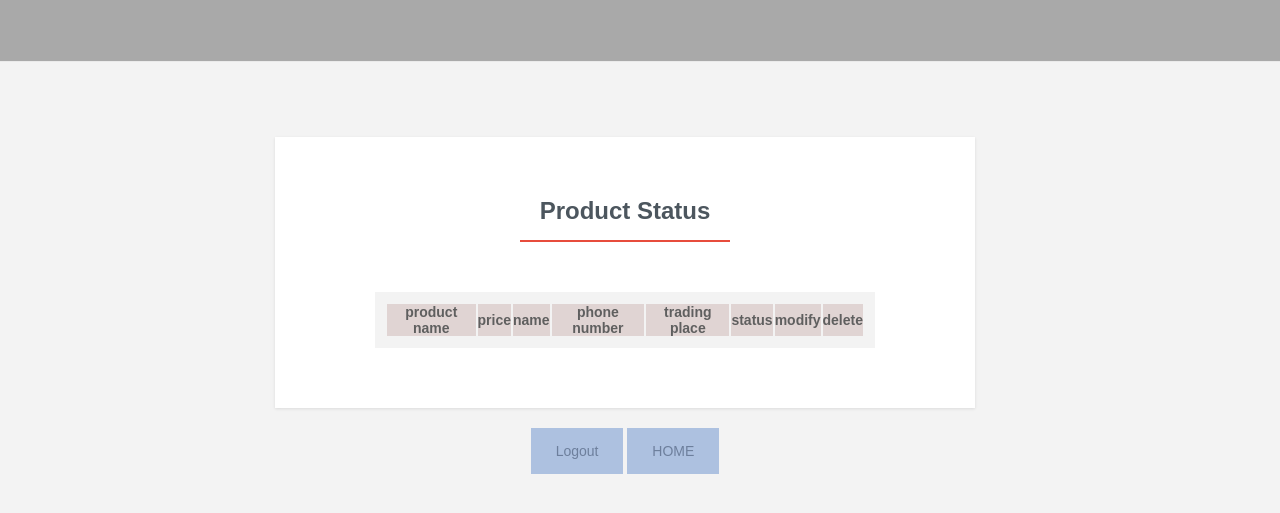
Repository: 0suh/SKKU_Web_project
Page: http://localhost/2018312257_YoungSuhChin_project/productstatus.jsp
An editor plug-in stored every save of this project. The page is shown before and after the next save, followed by the edit.
The browser window is 1280 px wide. The pictures show the whole page.
The page is served by Tomcat 9. Queries for data that is not in the repository find no rows.

Above is the page before, as saved 2020-12-20 14:54:53.

After the next save:
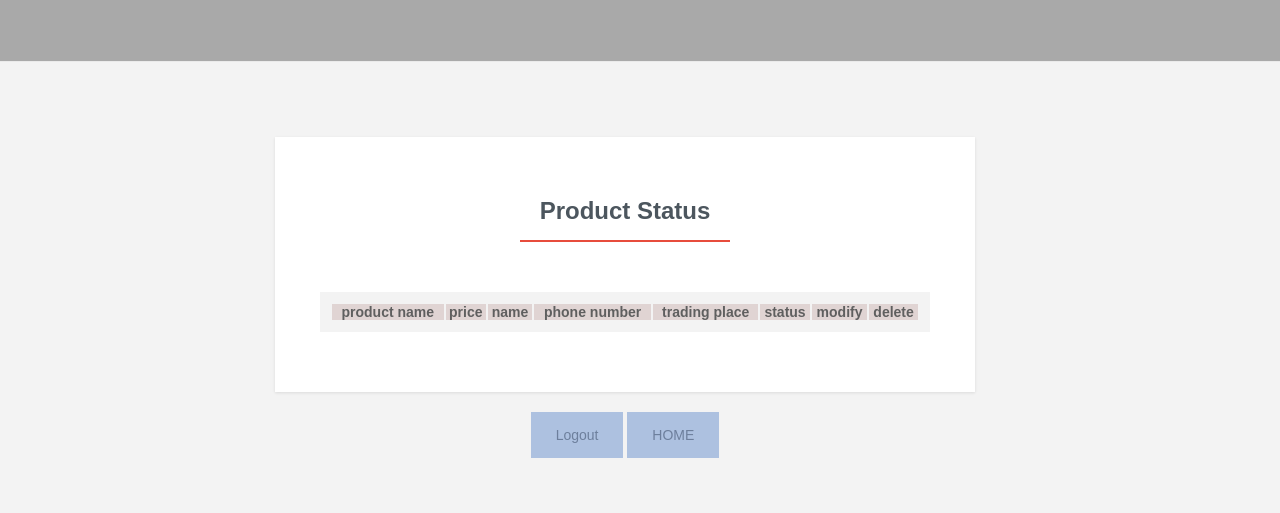
Saved 11 s later.
--- a/FinalProject/2018312257_YoungSuhChin_project/WebContent/productstatus.jsp
+++ b/FinalProject/2018312257_YoungSuhChin_project/WebContent/productstatus.jsp
@@ -41,7 +41,7 @@ try
     <h1>Product Status</h1>
     </div>
 
-   <table style="color:#5f5f5f;background-color: #f3f3f3;text-align: center;padding:10px;width:500px;margin:0px auto">
+   <table style="color:#5f5f5f;background-color: #f3f3f3;text-align: center;padding:10px;width:100%;margin:0px auto">
 
    <tr style="background-color:#e0d4d3">
    <td>product name</td> <!-- table for product name -->
